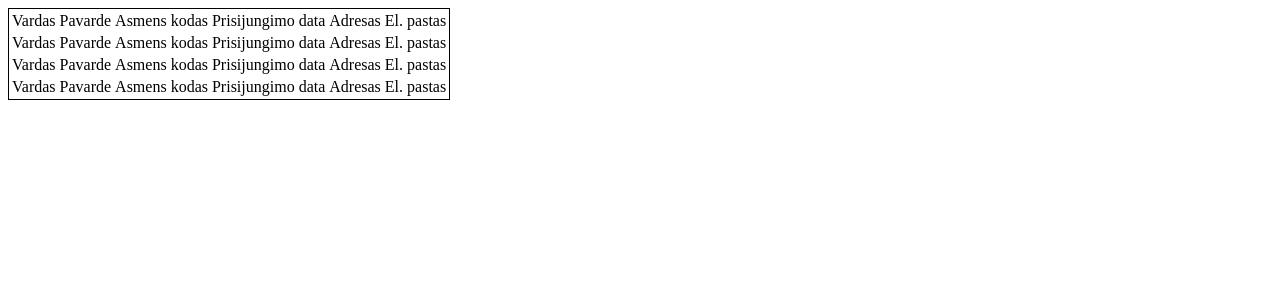
Repository: motiejus1/29-paskaita-05.31
Page: index.html
These files come from the project's save history. The page is drawn as it stood at one moment and after a run of saves; the edit follows.
The browser window is 1280 px wide. The pictures show the whole page.

Above is the page before, as saved 2021-07-21 18:28:15.

After the next 3 saves:
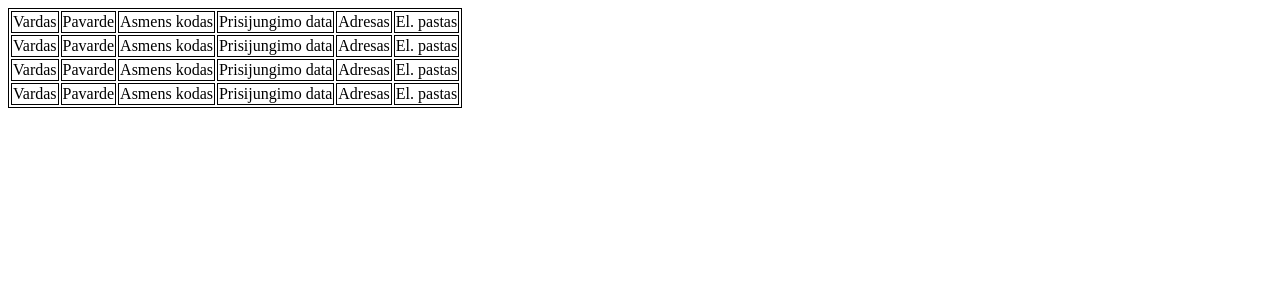
The 3 saves are shown as one change because they came seconds apart.
The last was saved 17 s later.
--- a/index.html
+++ b/index.html
@@ -7,6 +7,10 @@
     <title>29 paskaita</title>
     <style>
         table {
+            border: 1px solid black;
+        }
+
+        td {
             border: 1px solid black;
         }
     </style>
